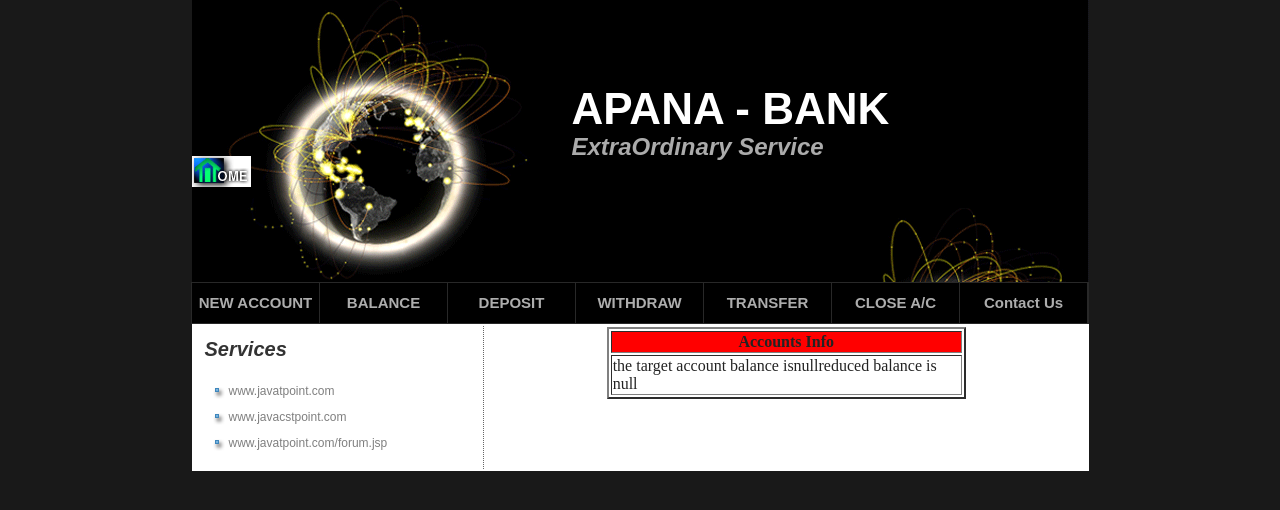
Repository: subhamsourabh265/collegeProjects
Page: http://localhost/OnlineBankingSystems/tbalance.jsp
The author's editor kept a copy of each file at every save. The page is drawn from the files as they stood at one save, then again after the next save.
The browser window is 1280 px wide. The pictures show the whole page.
The page is served by Tomcat 9. The template is opened directly, without the code that normally fills it, so the values that code supplies are empty.

Above is the page before, as saved 2015-12-01 10:45:13.

After the next save:
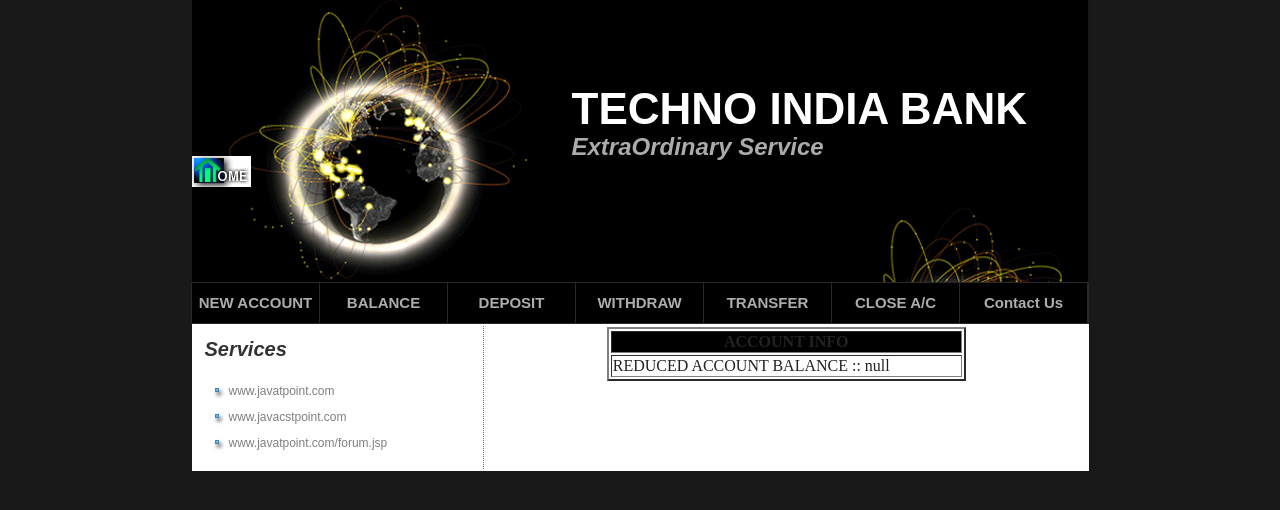
Saved 2 min 3 s later.
--- a/OnlineBankingSystems/WebContent/tbalance.jsp
+++ b/OnlineBankingSystems/WebContent/tbalance.jsp
@@ -23,7 +23,7 @@
 
 
 <div id="header">
-	<h1>APANA - BANK<span class="style1"></span></h1>
+	<h1>TECHNO  INDIA  BANK<span class="style1"></span></h1>
     <h2>ExtraOrdinary Service</h2>
     <A href="index.html"><IMG SRC="images/home1.gif"></IMG></A>
 </div>
@@ -61,15 +61,15 @@
 %>
 <table border="2" align="center" width="60%" height="60%" bgcolor="white">
 		<tr>
-			<td align="center" valign="middle" bgcolor="red"><h4>Accounts Info</h4></td>
+			<td align="center" valign="middle" bgcolor="black"><h4>ACCOUNT INFO</h4></td>
 		</tr>
 		<tr>
 			<td>
 			<%
 			{
-			out.print("the target account balance is");
-			out.print(request.getAttribute("target account A"));
-			out.println("reduced balance is");
+			//out.print("the target account balance is");
+			//out.print(request.getAttribute("target account A"));
+			out.println("REDUCED ACCOUNT BALANCE ::");
 			out.print(request.getAttribute("account B"));
 				}
 
